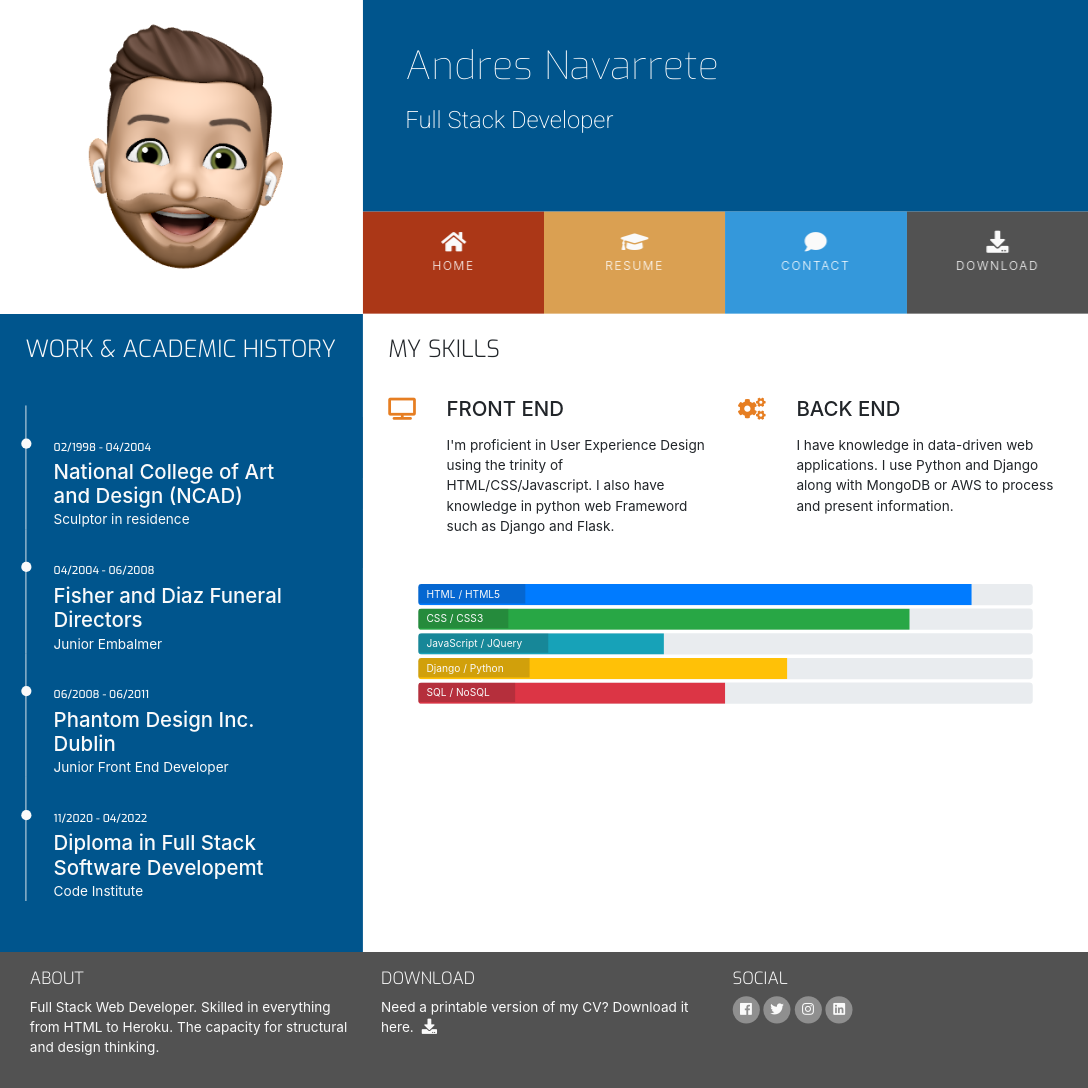
Repository: andna5980/cloud9-workspace
Page: resume.html
These files come from the project's save history. The page is drawn as it stood at one moment and after the next save; the edit follows.
The browser window is 1280 px wide. The pictures show the whole page, at 85% of full size.
Some web libraries are served in a nearby version.

Above is the page before, as saved 2022-04-24 10:14:57.

After the next save:
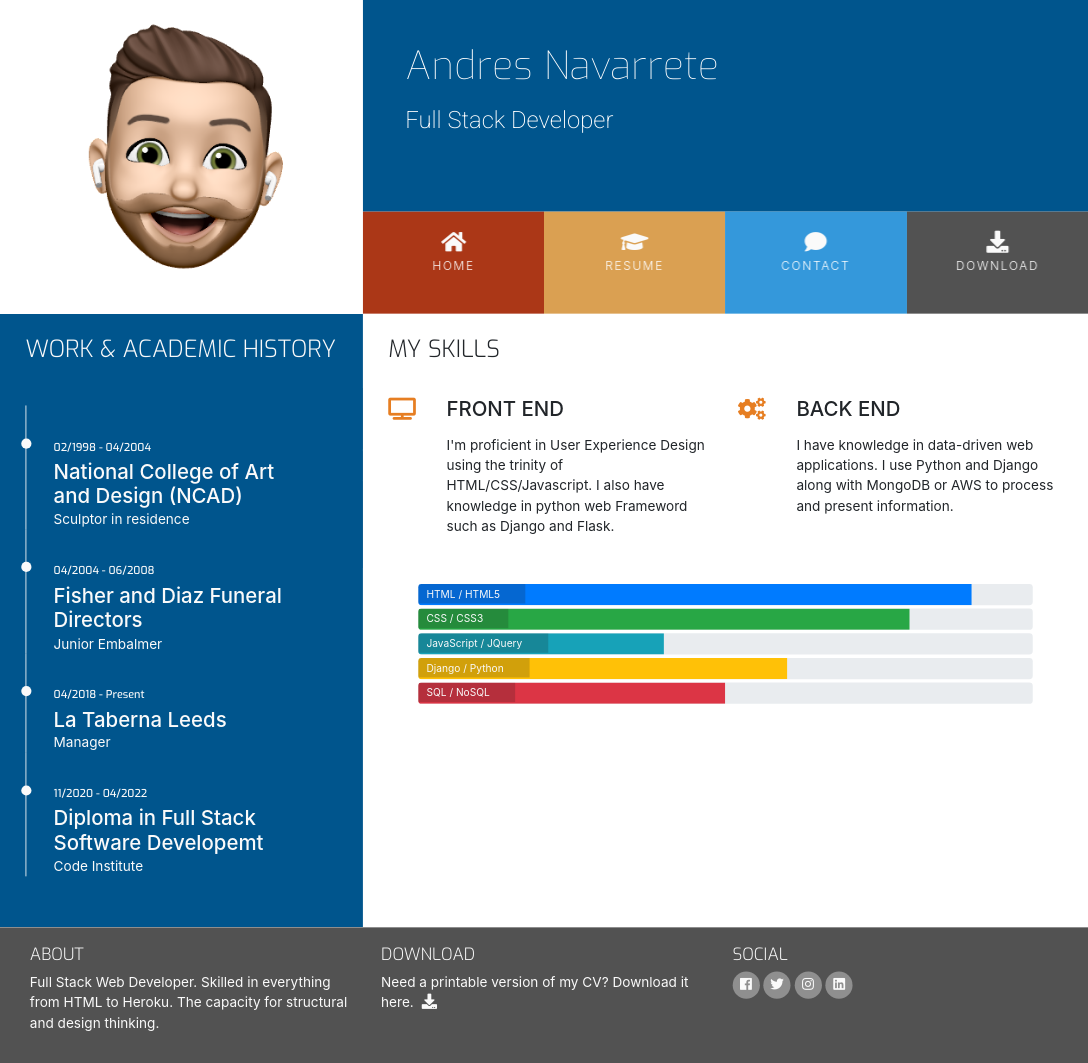
Saved 104 s later.
--- a/resume.html
+++ b/resume.html
@@ -74,9 +74,9 @@
                         <h4>Fisher and Diaz Funeral Directors</h4>
                         <p>Junior Embalmer</p>
                     </div>
-                    <div class="timeline-item" data-dates="06/2008 - 06/2011">
-                        <h4>Phantom Design Inc. Dublin</h4>
-                        <p>Junior Front End Developer</p>
+                    <div class="timeline-item" data-dates="04/2018 - Present">
+                        <h4>La Taberna Leeds</h4>
+                        <p>Manager</p>
                     </div>
                     <div class="timeline-item" data-dates="11/2020 - 04/2022">
                         <h4>Diploma in Full Stack Software Developemt</h4>
